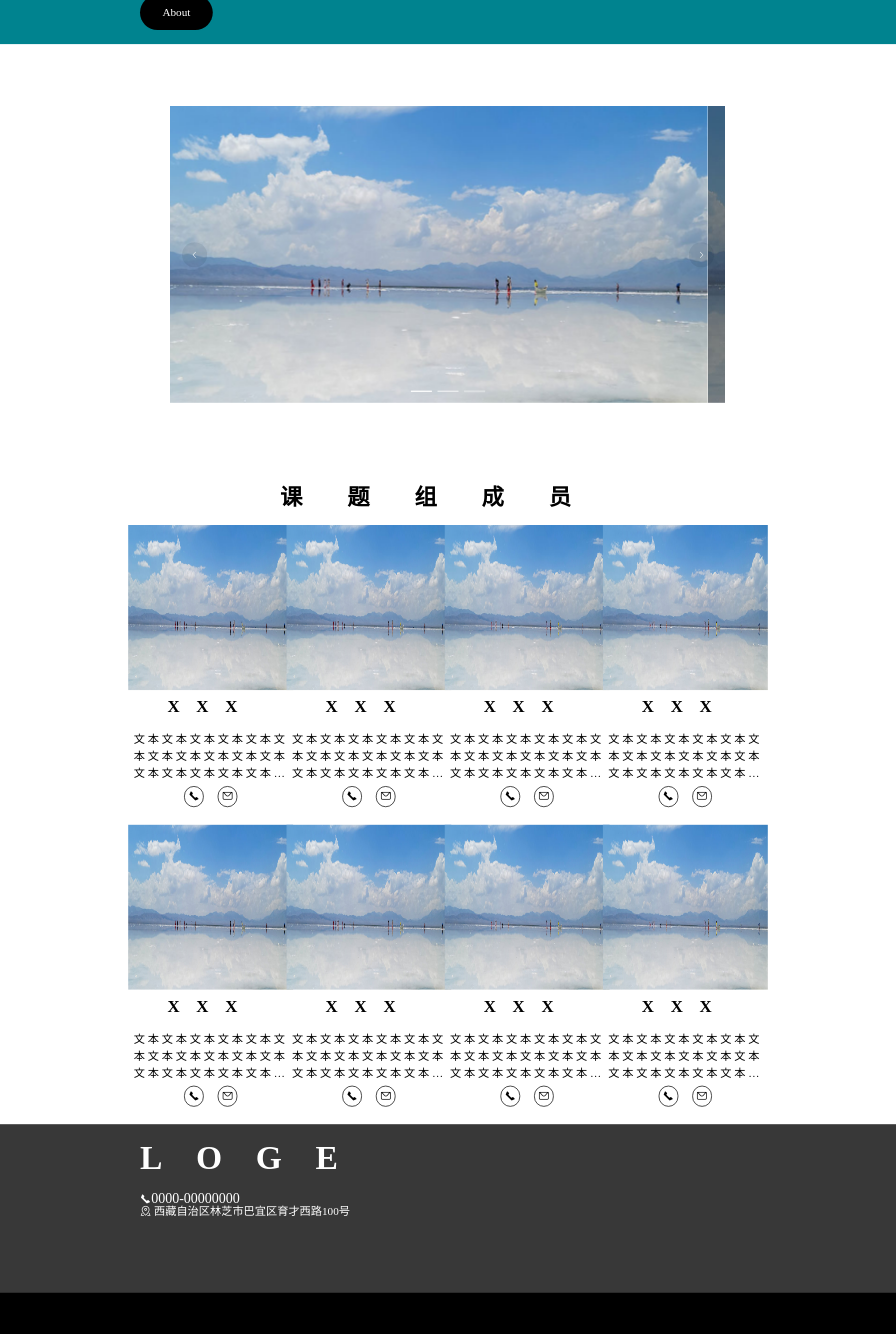
Repository: BLSY/xzust
Page: /
These files come from the project's save history. The page is drawn as it stood at one moment and after a run of saves; the edit follows.
The browser window is 1280 px wide. The pictures show the part of the page from y = 1230 to 3150 px (the page is 3136 px tall before and 3150 px after), at 70% of full size.
The project was rebuilt for these pictures with package versions that can differ from the ones it lists, and the page was loaded fresh each time.

Above is the page before, as saved 2022-11-27 12:52:49.

After the next 3 saves:
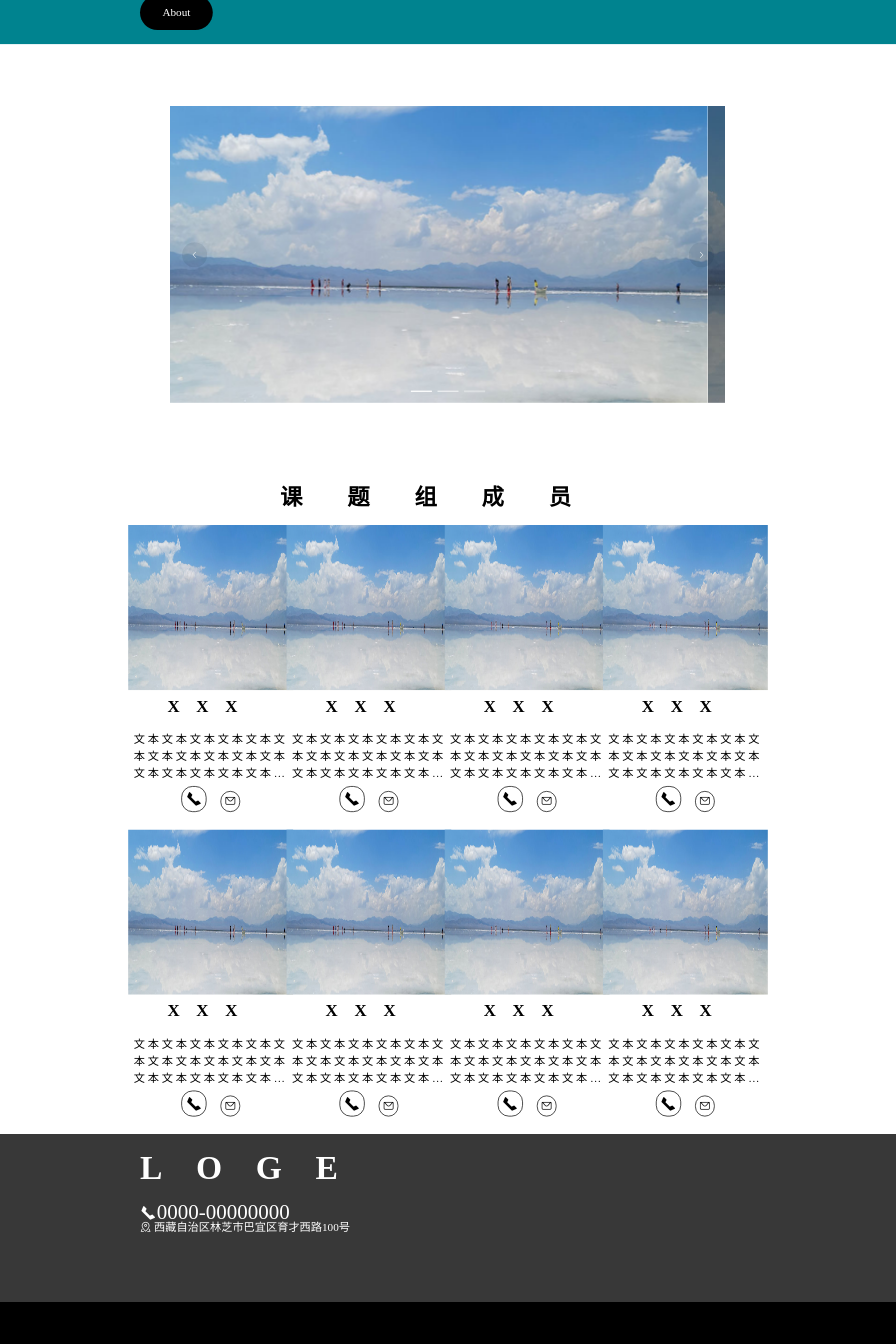
The 3 saves are shown as one change because they came seconds apart.
The last was saved 49 s later.
--- a/src/components/HelloWorld.vue
+++ b/src/components/HelloWorld.vue
@@ -443,6 +443,9 @@ html{
     letter-spacing:1em;
     margin: 20px 0;
   }
+  .el-icon-phone{
+    font-size:1.5em;
+  }
   .edition-phone{
      font-size: 1em;
   }
